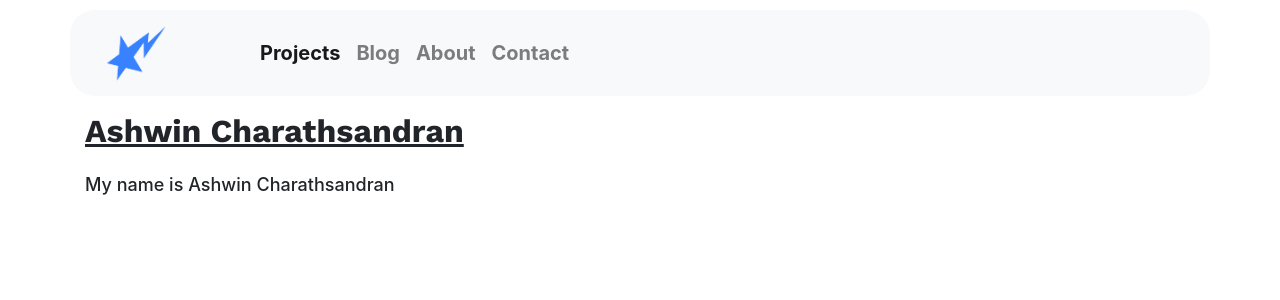
Repository: xxiz/ashwin.lol_flask
Page: http://localhost/
These files come from the project's save history. The page is drawn as it stood at one moment and after the next save; the edit follows.
The browser window is 1280 px wide. The pictures show the whole page.
The page is served by the project's application, run on Flask 3 (app.py).

Above is the page before, as saved 2021-08-29 20:15:50.

### templates/index.html
{% extends 'base.html'%}
{% block content %}
    <h1>Ashwin Charathsandran</h1>
    <h3 class="description">My name is Ashwin Charathsandran</h3>
{% endblock %}

### templates/base.html
<!DOCTYPE html>
<html lang="en">
<head>
    <meta charset="UTF-8">
    <meta http-equiv="X-UA-Compatible" content="IE=edge">
    <meta name="viewport" content="width=device-width, initial-scale=1.0">
    <meta name="viewport" content="width=device-width, initial-scale=1">
    <link rel="stylesheet" href="https://stackpath.bootstrapcdn.com/bootstrap/4.1.3/css/bootstrap.min.css" integrity="sha384-MCw98/SFnGE8fJT3GXwEOngsV7Zt27NXFoaoApmYm81iuXoPkFOJwJ8ERdknLPMO" crossorigin="anonymous">
    <link rel="stylesheet" href="static/app.css">
    <title>{{ title }}</title>
</head>
<body>
  <nav class="navbar navbar-expand-lg navbar-light bg-light container">
    <a class="navbar-brand" href="/"><img class="navbar-logo" src="/static/logo.png" alt="A"></a>
    <button class="navbar-toggler" type="button" data-toggle="collapse" data-target="#navbarNavAltMarkup" aria-controls="navbarNavAltMarkup" aria-expanded="false" aria-label="Toggle navigation">
      <span class="navbar-toggler-icon"></span>
    </button>
    <div class="collapse navbar-collapse" id="navbarNavAltMarkup">
      <div class="navbar-nav">
        <a class="nav-item nav-link active" href="/projects">Projects<span class="sr-only">(current)</span></a>
        <a class="nav-item nav-link" href="/blog">Blog</a>
        <a class="nav-item nav-link" href="/about">About</a>
        <a class="nav-item nav-link" href="/contact">Contact</a>
      </div>
    </div>
  </nav>
    <div class="container">
        {% block content %} {% endblock %}
    </div>
    <script src="https://code.jquery.com/jquery-3.3.1.slim.min.js" integrity="sha384-q8i/X+965DzO0rT7abK41JStQIAqVgRVzpbzo5smXKp4YfRvH+8abtTE1Pi6jizo" crossorigin="anonymous"></script>
    <script src="https://cdnjs.cloudflare.com/ajax/libs/popper.js/1.14.3/umd/popper.min.js" integrity="sha384-ZMP7rVo3mIykV+2+9J3UJ46jBk0WLaUAdn689aCwoqbBJiSnjAK/l8WvCWPIPm49" crossorigin="anonymous"></script>
    <script src="https://stackpath.bootstrapcdn.com/bootstrap/4.1.3/js/bootstrap.min.js" integrity="sha384-ChfqqxuZUCnJSK3+MXmPNIyE6ZbWh2IMqE241rYiqJxyMiZ6OW/JmZQ5stwEULTy" crossorigin="anonymous"></script>
</body>
</html>

### app.py
from flask import Flask, request
from web.content import index_page, projects_page
web = Flask(__name__)
web.config['SQLALCHEMY_TRACK_MODIFICATIONS'] = False

@web.route('/')
def index():
    return index_page()

@web.route('/projects')
def projects():
    return projects_page()

### web/content.py
from flask import render_template
import json

# Page Content
prefix = "Ashwin Charathsandran — "

# Meta Tags
preview_message = ""
preview_title = ""
preview_image = ""

with open('web/projects.json', 'r') as file:
    projects = json.load(file)

def index_page():
    return render_template('index.html',
    title = prefix + "Welcome!",
    preview_title = preview_title,
    preview_image = preview_image,
    preview_message = preview_message)

def projects_page():
    return render_template('projects.html',
    title = prefix + "Projects",
    items = projects,
    preview_title = preview_title,
    preview_image = preview_image,
    preview_message = preview_message)

### web/projects.json
[
        {
            "title": "Vernon",
            "description": "Quality-focused reboot composite",
            "image_url": "http://placeimg.com/640/480"
        },
        {
            "title": "Nolan",
            "description": "Multi-layered firmware",
            "image_url": "http://placeimg.com/640/480"
        },
        {
            "title": "Reyes",
            "description": "array national",
            "image_url": "http://placeimg.com/640/480"
        }
]

### static/app.css
@import url('https://fonts.googleapis.com/css2?family=Work+Sans:wght@400;700&display=swap');

:root {
    --blue: #4f90f7;
    --red: #d93434;
}

h1 {
    font-family: 'Work Sans', sans-serif;
    font-weight: 700;
    padding-bottom: 0.5em; padding-top: 0.5em;
    text-decoration: underline;
    font-size: 32px;
}

p {
    font-family: 'Work Sans', sans-serif;
    font-weight: 400;
}

a {
    color: var(--blue);
}

a:hover {
    animation: hover-effect 1s infinite linear;
}

.card {
    margin-bottom: 1.5em;
}

.description {
    padding-bottom: 0.5em;
    font-size: 18px;
}

nav {
    border-radius: 25px;
    margin-left: 2em; margin-right: 2em;
    margin-top: 10px;
    padding: 1em;
}

nav a {
    font-size: 20px;
    padding: 1em;
}

.navbar-logo {
    margin-right: 50px;
    width: 60px;
}

.nav-item {
    font-weight: 700;
}
.one-em {
    padding: 1em;
}


@keyframes hover-effect {
    0% {
        color: var(--blue);
    }
    50% {
        color: var(--red);

    }
    100% {
        color: var(--blue);
    }
}

After the next save:
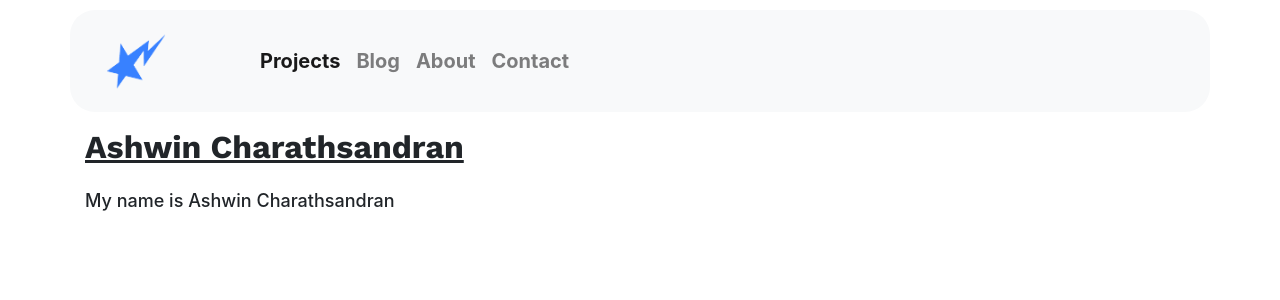
Saved 5 s later.
--- a/templates/base.html
+++ b/templates/base.html
@@ -10,7 +10,7 @@
     <title>{{ title }}</title>
 </head>
 <body>
-  <nav class="navbar navbar-expand-lg navbar-light bg-light container">
+  <nav class="navbar navbar-expand-lg navbar-light bg-light container one-em">
     <a class="navbar-brand" href="/"><img class="navbar-logo" src="/static/logo.png" alt="A"></a>
     <button class="navbar-toggler" type="button" data-toggle="collapse" data-target="#navbarNavAltMarkup" aria-controls="navbarNavAltMarkup" aria-expanded="false" aria-label="Toggle navigation">
       <span class="navbar-toggler-icon"></span>
